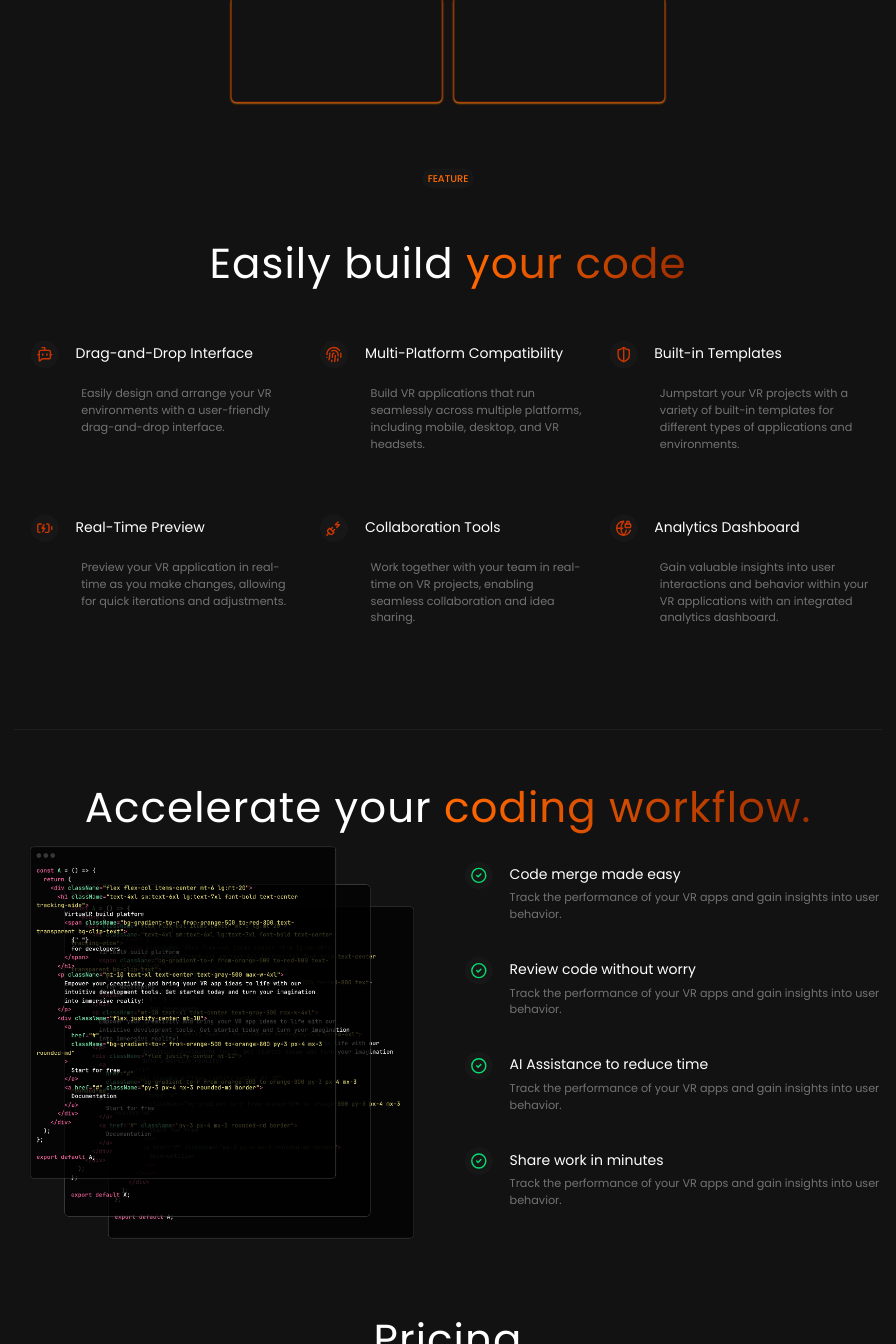
Repository: Khushichugh14/Virtualab
Page: /
These files come from the project's save history. The page is drawn as it stood at one moment and after the next save; the edit follows.
The browser window is 1280 px wide. The pictures show the part of the page from y = 531 to 2451 px (the page is 4273 px tall before and 4120 px after), at 70% of full size.
Pictures or frames that could not be fetched are drawn as grey boxes. The project was rebuilt for these pictures with package versions that can differ from the ones it lists, and the page was loaded fresh each time. Also part of the build but not shown: vite.config.js, src/pages/StartFree.jsx, src/pages/Documentation.jsx, src/pages/CreatAccount.jsx, src/pages/SignIn.jsx. Imported but missing from the stored project, and not drawn on this page: src/assets/video1.mp4, src/assets/video2.mp4.

Above is the page before, as saved 2025-12-11 10:33:54.

### index.html
<!doctype html>
<html lang="en">
  <head>
    <meta charset="UTF-8" />
    <link rel="icon" type="image/svg+xml" href="/vite.svg" />
    <meta name="viewport" content="width=device-width, initial-scale=1.0" />
    <title>virtular</title>
  </head>
  <body>
    <div id="root"></div>
    <script type="module" src="/src/main.jsx"></script>
  </body>
</html>

### src/main.jsx
import React from "react";
import ReactDOM from "react-dom/client";
import App from "./App";
import { BrowserRouter } from "react-router-dom";
import "./index.css";
import { Toaster } from "react-hot-toast";

ReactDOM.createRoot(document.getElementById("root")).render(
  <React.StrictMode>
    <BrowserRouter>
      <App />
       <Toaster position="top-right" />
    </BrowserRouter>
  </React.StrictMode>
);

### src/App.jsx
// App.jsx
import Navbar from "./components/Navbar";

import StartFree from "./pages/StartFree";
import Documentation from "./pages/Documentation";
import CreateAccount from "./pages/CreatAccount";
import SignIn from "./pages/SignIn";

import { Routes, Route } from "react-router-dom";
import HomePage from "./pages/HomePage";

const App = () => {
  return (
    <>
      <Navbar />

      <Routes>
        {/* Landing page */}
        <Route path="/" element={<HomePage />} />

        {/* Other pages */}
        <Route path="/start-free" element={<StartFree />} />
        <Route path="/documentation" element={<Documentation />} />
        <Route path="/create-account" element={<CreateAccount />} />
        <Route path="/signin" element={<SignIn />} />
      </Routes>
    </>
  );
};

export default App;

### src/index.css
@import url('https://fonts.googleapis.com/css2?family=Poppins:ital,wght@0,100;0,200;0,300;0,400;0,500;0,600;0,700;0,800;0,900;1,100;1,200;1,300;1,400;1,500;1,600;1,700;1,800;1,900&display=swap');

@import "tailwindcss";

:root {
  font-family: "Poppins", sans-serif;
  color-scheme: dark;
}

### src/pages/HomePage.jsx
import HeroSection from "../components/HeroSection";
import FeatureSection from "../components/FeatureSection";
import Workflow from "../components/Workflow";
import Pricing from "../components/Pricing";
import Testimonials from "../components/Testimonials";
import Footer from "../components/Footer";

const HomePage = () => {
  return (
    <div className="p-5">
      <HeroSection />

      <section id="features">
        <FeatureSection />
      </section>

      <section id="workflow">
        <Workflow />
      </section>

      <section id="pricing">
        <Pricing />
      </section>

      <section id="testimonials">
        <Testimonials />
      </section>

      <Footer />
    </div>
  );
};

export default HomePage;

### src/components/HeroSection.jsx
import { NavLink } from "react-router-dom";
import video1 from "../assets/video1.mp4";
import video2 from "../assets/video2.mp4";

const HeroSection = () => {
  return (
    <div className="flex flex-col items-center mt-6 lg:mt-20">
      <h1 className="text-4xl sm:text-6xl lg:text-7xl text-center tracking-wide">
        VirtualR build tools
        <span className="bg-gradient-to-r from-orange-500 to-red-800 text-transparent bg-clip-text">
          {" "}
          for developers
        </span>
      </h1>
      <p className="mt-10 text-lg text-center text-neutral-500 max-w-4xl">
        Empower your creativity and bring your VR app ideas to life with our
        intuitive development tools. Get started today and turn your imagination
        into immersive reality!
      </p>
      <div className="flex justify-center my-10">
        <NavLink
           to="/start-free"
          className="bg-gradient-to-r from-orange-500 to-orange-800 py-3 px-4 mx-3 rounded-md"
        >
          Start for free
        </NavLink>
        <NavLink  to="/documentation" className="py-3 px-4 mx-3 rounded-md border">
          Documentation
        </NavLink>
      </div>
      <div className="flex mt-10 justify-center">
        <video
          autoPlay
          loop
          muted
          className="rounded-lg w-1/2 border border-orange-700 shadow-sm shadow-orange-400 mx-2 my-4"
        >
          <source src={video1} type="video/mp4" />
          Your browser does not support the video tag.
        </video>
        <video
          autoPlay
          loop
          muted
          className="rounded-lg w-1/2 border border-orange-700 shadow-sm shadow-orange-400 mx-2 my-4"
        >
          <source src={video2} type="video/mp4" />
          Your browser does not support the video tag.
        </video>
      </div>
    </div>
  );
};

export default HeroSection;

### src/components/FeatureSection.jsx
import { features } from "../constants";

const FeatureSection = () => {
  return (
    <section id="featuresection" className="relative mt-20 border-b border-neutral-800 min-h-[800px]">
      <div className="text-center">
        <span className="bg-neutral-900 text-orange-500 rounded-full h-6 text-sm font-medium px-2 py-1 uppercase">
          Feature
        </span>
        <h2 className="text-3xl sm:text-5xl lg:text-6xl mt-10 lg:mt-20 tracking-wide">
          Easily build{" "}
          <span className="bg-gradient-to-r from-orange-500 to-orange-800 text-transparent bg-clip-text">
            your code
          </span>
        </h2>
      </div>
      <div className="flex flex-wrap mt-10 lg:mt-20">
        {features.map((feature, index) => (
          <div key={index} className="w-full sm:w-1/2 lg:w-1/3">
            <div className="flex">
              <div className="flex mx-6 h-10 w-10 p-2 bg-neutral-900 text-orange-700 justify-center items-center rounded-full">
                {feature.icon}
              </div>
              <div>
                <h5 className="mt-1 mb-6 text-xl">{feature.text}</h5>
                <p className="text-md p-2 mb-20 text-neutral-500">
                  {feature.description}
                </p>
              </div>
            </div>
          </div>
        ))}
      </div>
    </section>
  );
};

export default FeatureSection;

### src/components/Workflow.jsx
import { CheckCircle2 } from "lucide-react";
import codeImg from "../assets/code.jpg";
import { checklistItems } from "../constants";

const Workflow = () => {
  return (
    <section id="workflow" className="mt-20">
      <h2 className="text-3xl sm:text-5xl lg:text-6xl text-center mt-6 tracking-wide">
        Accelerate your{" "}
        <span className="bg-gradient-to-r from-orange-500 to-orange-800 text-transparent bg-clip-text">
          coding workflow.
        </span>
      </h2>
      <div className="flex flex-wrap justify-center">
        <div className="p-2 w-full lg:w-1/2">
          <img src={codeImg} alt="Coding" />
        </div>
        <div className="pt-12 w-full lg:w-1/2">
          {checklistItems.map((item, index) => (
            <div key={index} className="flex mb-12">
              <div className="text-green-400 mx-6 bg-neutral-900 h-10 w-10 p-2 justify-center items-center rounded-full">
                <CheckCircle2 />
              </div>
              <div>
                <h5 className="mt-1 mb-2 text-xl">{item.title}</h5>
                <p className="text-md text-neutral-500">{item.description}</p>
              </div>
            </div>
          ))}
        </div>
      </div>
    </section>
  );
};

export default Workflow;

### src/components/Pricing.jsx
import { CheckCircle2 } from "lucide-react";
import { pricingOptions } from "../constants";

const Pricing = () => {
  return (
    <section className="mt-20" id="pricing">
      <h2 className="text-3xl sm:text-5xl lg:text-6xl text-center my-8 tracking-wide">
        Pricing
      </h2>
      <div className="flex flex-wrap">
        {pricingOptions.map((option, index) => (
          <div key={index} className="w-full sm:w-1/2 lg:w-1/3 p-2">
            <div className="p-10 border border-neutral-700 rounded-xl">
              <p className="text-4xl mb-8">
                {option.title}
                {option.title === "Pro" && (
                  <span className="bg-gradient-to-r from-orange-500 to-red-400 text-transparent bg-clip-text text-xl mb-4 ml-2">
                    (Most Popular)
                  </span>
                )}
              </p>
              <p className="mb-8">
                <span className="text-5xl mt-6 mr-2">{option.price}</span>
                <span className="text-neutral-400 tracking-tight">/Month</span>
              </p>
              <ul>
                {option.features.map((feature, index) => (
                  <li key={index} className="mt-8 flex items-center">
                    <CheckCircle2 />
                    <span className="ml-2">{feature}</span>
                  </li>
                ))}
              </ul>
              <a
                href="#"
                className="inline-flex justify-center items-center text-center w-full h-12 p-5 mt-20 tracking-tight text-xl hover:bg-orange-900 border border-orange-900 rounded-lg transition duration-200"
              >
                Subscribe
              </a>
            </div>
          </div>
        ))}
      </div>
    </section>
  );
};

export default Pricing;

### src/components/Testimonials.jsx
import { testimonials } from "../constants";

const Testimonials = () => {
  return (
    <section className="mt-20 tracking-wide" id="testimonials">
      <h2 className="text-3xl sm:text-5xl lg:text-6xl text-center my-10 lg:my-20">
        What People are saying
      </h2>
      <div className="flex flex-wrap justify-center">
        {testimonials.map((testimonial, index) => (
          <div key={index} className="w-full sm:w-1/2 lg:w-1/3 px-4 py-2">
            <div className="bg-neutral-900 rounded-md p-6 text-md border border-neutral-800 font-thin">
              <p>{testimonial.text}</p>
              <div className="flex mt-8 items-start">
                <img
                  className="w-12 h-12 mr-6 rounded-full border border-neutral-300"
                  src={testimonial.image}
                  alt=""
                />
                <div>
                  <h6>{testimonial.user}</h6>
                  <span className="text-sm font-normal italic text-neutral-600">
                    {testimonial.company}
                  </span>
                </div>
              </div>
            </div>
          </div>
        ))}
      </div>
    </section>
  );
};

export default Testimonials;

### src/components/Footer.jsx
import { resourcesLinks, platformLinks, communityLinks } from "../constants";
const Footer = () => {
  return (
    <footer className="mt-20 border-t py-10 border-neutral-700">
      <div className="grid grid-cols-2 lg:grid-cols-3 gap-4">
        <div>
          <h3 className="text-md font-semibold mb-4">Resources</h3>
          <ul className="space-y-2">
            {resourcesLinks.map((link, index) => (
              <li key={index}>
                <a
                  href={link.href}
                  className="text-neutral-300 hover:text-white"
                >
                  {link.text}
                </a>
              </li>
            ))}
          </ul>
        </div>
        <div>
          <h3 className="text-md font-semibold mb-4">Platform</h3>
          <ul className="space-y-2">
            {platformLinks.map((link, index) => (
              <li key={index}>
                <a
                  href={link.href}
                  className="text-neutral-300 hover:text-white"
                >
                  {link.text}
                </a>
              </li>
            ))}
          </ul>
        </div>
        <div>
          <h3 className="text-md font-semibold mb-4">Community</h3>
          <ul className="space-y-2">
            {communityLinks.map((link, index) => (
              <li key={index}>
                <a
                  href={link.href}
                  className="text-neutral-300 hover:text-white"
                >
                  {link.text}
                </a>
              </li>
            ))}
          </ul>
        </div>
      </div>
    </footer>
  );
};

export default Footer;

### src/constants/features.jsx
// src/constants/features.js
import {
  Zap,
  Users,
  Server,
  Terminal,
  Database,
  Cpu,
  Archive,
  Clock,
  ShieldCheck
} from "lucide-react";

export const features = [
  {
    id: "ai-suggestions",
    icon: <Zap size={20} />,
    title: "AI Code Suggestions",
    short: "Autocomplete, refactors & smart snippets.",
    longDescription:
      "Context-aware AI suggestions that complete your code, propose refactors, and generate tests. Save developer time by letting the editor handle repetitive patterns while you focus on design and architecture.",
    image: "/assets/features/ai-suggestions.png",
    bullets: [
      "Contextual code completion",
      "Refactor suggestions",
      "Test skeleton generation"
    ],
    tags: ["AI", "Productivity"],
    link: "/features/ai-suggestions"
  },
  {
    id: "realtime-collab",
    icon: <Users size={20} />,
    title: "Real-time Collaboration",
    short: "Work together live with teammates.",
    longDescription:
      "Share a development session with teammates: live cursors, shared terminals, and synchronized previews. Ideal for pair programming, design reviews, and remote onboarding.",
    image: "/assets/features/realtime-collab.png",
    bullets: ["Live cursors", "Shared terminals", "Session recording"],
    tags: ["Collaboration", "Teams"],
    link: "/features/realtime-collab"
  },
  {
    id: "one-click-deploy",
    icon: <Server size={20} />,
    title: "One-Click Deployments",
    short: "Deploy to staging/production instantly.",
    longDescription:
      "Automate build & deploy pipelines with a single click. Choose environment, preview build logs, and roll back easily. Integrates with GitHub, GitLab and CI providers.",
    image: "/assets/features/one-click-deploy.png",
    bullets: ["Branches & environments", "Rollback", "CI integration"],
    tags: ["CI/CD", "Deployment"],
    link: "/features/one-click-deploy"
  },
  {
    id: "built-in-terminal",
    icon: <Terminal size={20} />,
    title: "Built-in Terminal",
    short: "Terminal inside the browser.",
    longDescription:
      "A secure, persistent terminal inside your workspace allowing commands, package installs, and runtime debugging without leaving the browser.",
    image: "/assets/features/built-in-terminal.png",
    bullets: ["Persistent sessions", "Port forwarding", "Shell access"],
    tags: ["DevTools"],
    link: "/features/built-in-terminal"
  },
  {
    id: "database-sync",
    icon: <Database size={20} />,
    title: "Database Sync",
    short: "Seed, inspect and sync databases.",
    longDescription:
      "Manage local and remote databases, sync schema changes, and generate migrations automatically. Inspect rows, run queries and snapshot production data safely.",
    image: "/assets/features/database-sync.png",
    bullets: ["Migrations", "Query explorer", "Snapshots"],
    tags: ["Database", "Productivity"],
    link: "/features/database-sync"
  },
  {
    id: "code-performance",
    icon: <Cpu size={20} />,
    title: "Performance Profiler",
    short: "Find hotspots & optimize.",
    longDescription:
      "Profile CPU and memory usage, visualize flamegraphs and get recommendations to reduce latency and resource use.",
    image: "/assets/features/code-performance.png",
    bullets: ["Flamegraphs", "Memory snapshots", "Actionable tips"],
    tags: ["Performance"],
    link: "/features/code-performance"
  },
  {
    id: "artifact-storage",
    icon: <Archive size={20} />,
    title: "Artifact Storage",
    short: "Keep build artifacts & logs.",
    longDescription:
      "Store build artifacts, logs and test reports per deployment so you can trace regressions and reproduce failures.",
    image: "/assets/features/artifact-storage.png",
    bullets: ["Retention policies", "Search logs", "Download artifacts"],
    tags: ["DevOps"],
    link: "/features/artifact-storage"
  },
  {
    id: "slo-monitoring",
    icon: <Clock size={20} />,
    title: "SLO Monitoring",
    short: "Uptime & latency monitoring with alerts.",
    longDescription:
      "Define SLOs, track uptime and latency, and receive alerts to Slack/email when thresholds are crossed.",
    image: "/assets/features/slo-monitoring.png",
    bullets: ["Custom alerts", "Dashboards", "Historical trends"],
    tags: ["Monitoring", "SRE"],
    link: "/features/slo-monitoring"
  },
  {
    id: "security-audit",
    icon: <ShieldCheck size={20} />,
    title: "Security Audits",
    short: "Automatic static & dependency scans.",
    longDescription:
      "Run automated security scans for vulnerabilities, suggest fixes and produce reports to meet compliance requirements.",
    image: "/assets/features/security-audit.png",
    bullets: ["Dependency scanning", "Static analysis", "Fix suggestions"],
    tags: ["Security", "Compliance"],
    link: "/features/security-audit"
  }
];

export default features;

Loaded but not shown: src/components/Navbar.jsx (166 lines, source omitted); src/constants/index.jsx (181 lines, source omitted)

After the next save:
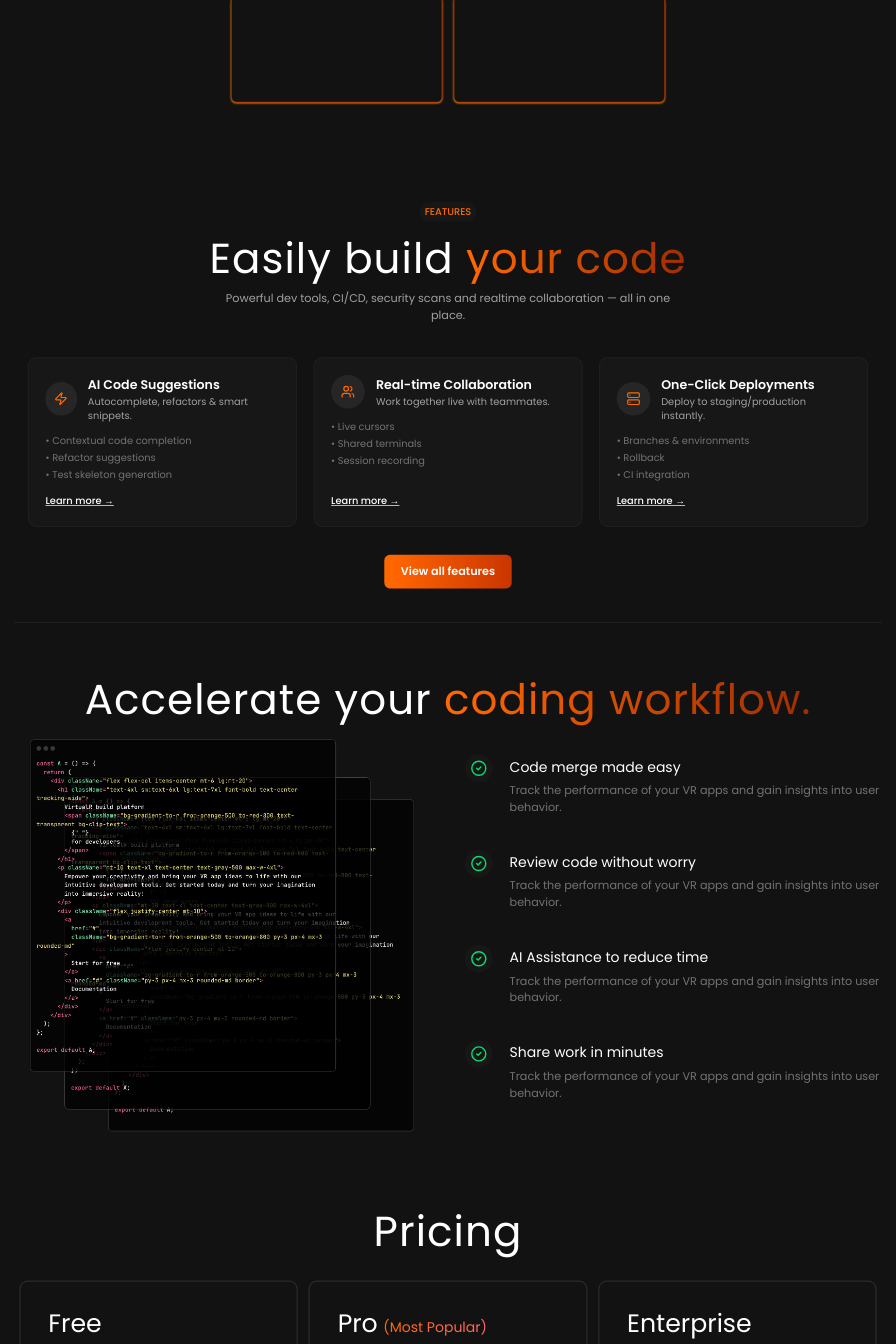
Saved 60 s later.
--- a/src/components/FeatureSection.jsx
+++ b/src/components/FeatureSection.jsx
@@ -1,35 +1,70 @@
-import { features } from "../constants";
+// src/components/FeatureSection.jsx
+import { useMemo } from "react";
+import { Link } from "react-router-dom";
+import features from "../constants/features"; // new file
+// existing file referenced earlier for context. :contentReference[oaicite:1]{index=1}
 
 const FeatureSection = () => {
+  // show first 3 as preview
+  const preview = useMemo(() => features.slice(0, 3), []);
+
   return (
-    <section id="featuresection" className="relative mt-20 border-b border-neutral-800 min-h-[800px]">
+    <section id="featuresection" className="relative mt-20 border-b border-neutral-800 py-12">
       <div className="text-center">
         <span className="bg-neutral-900 text-orange-500 rounded-full h-6 text-sm font-medium px-2 py-1 uppercase">
-          Feature
+          Features
         </span>
-        <h2 className="text-3xl sm:text-5xl lg:text-6xl mt-10 lg:mt-20 tracking-wide">
+        <h2 className="text-3xl sm:text-5xl lg:text-6xl mt-6 tracking-wide">
           Easily build{" "}
           <span className="bg-gradient-to-r from-orange-500 to-orange-800 text-transparent bg-clip-text">
             your code
           </span>
         </h2>
+        <p className="text-neutral-400 max-w-2xl mx-auto mt-4">
+          Powerful dev tools, CI/CD, security scans and realtime collaboration — all in one place.
+        </p>
       </div>
-      <div className="flex flex-wrap mt-10 lg:mt-20">
-        {features.map((feature, index) => (
-          <div key={index} className="w-full sm:w-1/2 lg:w-1/3">
-            <div className="flex">
-              <div className="flex mx-6 h-10 w-10 p-2 bg-neutral-900 text-orange-700 justify-center items-center rounded-full">
-                {feature.icon}
+
+      <div className="flex flex-wrap justify-center mt-12 gap-6 px-4">
+        {preview.map((f) => (
+          <div key={f.id} className="w-full sm:w-1/2 lg:w-1/3 max-w-sm">
+            <div className="p-6 rounded-xl bg-neutral-900 border border-neutral-800 h-full flex flex-col">
+              <div className="flex items-center">
+                <div className="h-12 w-12 flex items-center justify-center rounded-full bg-neutral-800 text-orange-500">
+                  {f.icon}
+                </div>
+                <div className="ml-4">
+                  <h5 className="text-lg font-semibold">{f.title}</h5>
+                  <p className="text-neutral-400 text-sm">{f.short}</p>
+                </div>
               </div>
-              <div>
-                <h5 className="mt-1 mb-6 text-xl">{feature.text}</h5>
-                <p className="text-md p-2 mb-20 text-neutral-500">
-                  {feature.description}
-                </p>
+
+              <ul className="mt-4 text-sm text-neutral-500 space-y-1 flex-1">
+                {f.bullets.slice(0, 3).map((b, i) => (
+                  <li key={i}>• {b}</li>
+                ))}
+              </ul>
+
+              <div className="mt-4">
+                <Link
+                  to={f.link}
+                  className="inline-block text-sm font-medium underline hover:no-underline"
+                >
+                  Learn more →
+                </Link>
               </div>
             </div>
           </div>
         ))}
+      </div>
+
+      <div className="text-center mt-10">
+        <Link
+          to="/features"
+          className="inline-block px-6 py-3 rounded-lg bg-gradient-to-r from-orange-500 to-orange-700 text-white font-semibold"
+        >
+          View all features
+        </Link>
       </div>
     </section>
   );
